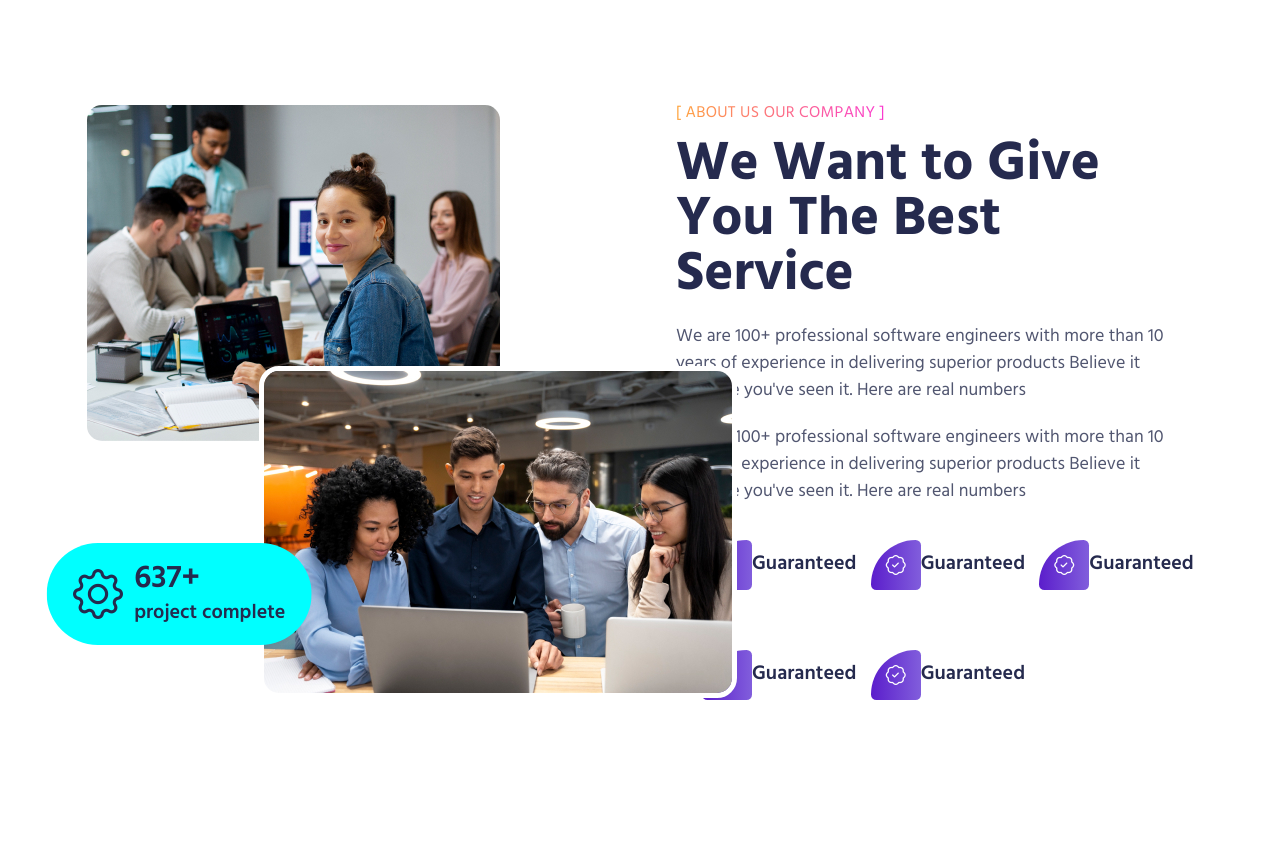
Repository: tagnam/mirehel2.0
Page: about.html
An editor plug-in stored every save of this project. The page is shown before and after the next save, followed by the edit.
The browser window is 1280 px wide. The pictures show the whole page.

Above is the page before, as saved 2025-02-03 12:33:14.

### about.html
<!DOCTYPE html>
<html lang="en">
<head>
    <meta charset="UTF-8">
    <meta name="viewport" content="width=device-width, initial-scale=1.0">
    <title>about</title>
    <link href="https://cdn.jsdelivr.net/npm/bootstrap@5.0.2/dist/css/bootstrap.min.css" rel="stylesheet" integrity="sha384-EVSTQN3/azprG1Anm3QDgpJLIm9Nao0Yz1ztcQTwFspd3yD65VohhpuuCOmLASjC" crossorigin="anonymous">
    <link rel="stylesheet" href="style/css/animation.css">
    <link rel="stylesheet" href="style/css/style.css">
    <link rel="stylesheet" href="style/css/animation.css">
</head>
<body>
<!--======================================== about section ==================================== -->


<section>
    <div class="container">
        <div class="row">
            <div class="col-lg-6">
                <div class="about-left">
                    <figure class="about-img-container">
                        <img class="about-img-001 A-image01" src="images/about-img-1.jpg" alt="">
                        <img class="about-img-001 A-image02" src="images/about-img-2.jpg" alt="">
                    </figure>
                    <div class="project-counter">
                        <div class="project-icon">
                            <i class="bi bi-gear"></i>
                        </div>
                        <div class="project-number">
                            <h2>637+</h2>
                            <p> project complete </p>
                        </div>

                    </div>

                </div>
            </div>
            <div class="col-lg-6">
                <div class="container-fluid " style="margin-bottom: 20px;">


                            <h3 class="sub-heading">[ about us our company ]</h3>
                            <h1 class="title">We Want to Give You  The Best Service</h1>


                            <div class="about-text">
                                <p>We are 100+ professional software engineers with more than 10 years of experience in delivering superior products Believe it because you've seen it. Here are real numbers</p>
                                <p>We are 100+ professional software engineers with more than 10 years of experience in delivering superior products Believe it because you've seen it. Here are real numbers</p>


                        </div>
                    </div>
                    <div class="about-right-container">
                        <ul class="about-list">
                            <li class="about-list-item">
                                <div class="col-lg-2 about-icon"><i class="bi bi-patch-check"></i></div>
                                <div class="col-lg-10">
                                    <div class="about-list-title"> Guaranteed</div>

                                </div>
                            </li>

                            <li class="about-list-item">
                                <div class="col-lg-2 about-icon"><i class="bi bi-patch-check"></i></div>
                                <div class="col-lg-10">
                                    <div class="about-list-title">Guaranteed</div>

                                </div>
                            </li>
                            <li class="about-list-item">
                                <div class="col-lg-2 about-icon"><i class="bi bi-patch-check"></i></div>
                                <div class="col-lg-10">
                                    <div class="about-list-title">Guaranteed</div>

                                </div>
                            </li>
                            <li class="about-list-item">
                                <div class="col-lg-2 about-icon"><i class="bi bi-patch-check"></i></div>
                                <div class="col-lg-10">
                                    <div class="about-list-title">Guaranteed</div>

                                </div>
                            </li>
                            <li class="about-list-item">
                                <div class="col-lg-2 about-icon"><i class="bi bi-patch-check"></i></div>
                                <div class="col-lg-10">
                                    <div class="about-list-title">Guaranteed</div>

                                </div>
                            </li>
                        </ul>
                </div>
                </div>

            </div>
        </div>
    </div>
</section>

<!--======================================== end about section ==================================== -->












    <script src="https://cdn.jsdelivr.net/npm/bootstrap@5.0.2/dist/js/bootstrap.bundle.min.js" integrity="sha384-MrcW6ZMFYlzcLA8Nl+NtUVF0sA7MsXsP1UyJoMp4YLEuNSfAP+JcXn/tWtIaxVXM" crossorigin="anonymous"></script>
    <script src="https://cdn.jsdelivr.net/npm/@popperjs/core@2.9.2/dist/umd/popper.min.js" integrity="sha384-IQsoLXl5PILFhosVNubq5LC7Qb9DXgDA9i+tQ8Zj3iwWAwPtgFTxbJ8NT4GN1R8p" crossorigin="anonymous"></script>
    <script src="https://cdn.jsdelivr.net/npm/bootstrap@5.0.2/dist/js/bootstrap.min.js" integrity="sha384-cVKIPhGWiC2Al4u+LWgxfKTRIcfu0JTxR+EQDz/bgldoEyl4H0zUF0QKbrJ0EcQF" crossorigin="anonymous"></script>
</body>
</html>

### style/css/animation.css

@keyframes boxmove{
    50% {
        transform: translateX(-20%);
    }
}

### style/css/style.css

@import url('https://fonts.googleapis.com/css2?family=Hind:wght@300;400;500;600;700&family=Inter:ital,opsz,wght@0,14..32,100..900;1,14..32,100..900&family=Open+Sans:ital,wght@0,300..800;1,300..800&family=Oswald:wght@200..700&family=Poppins:ital,wght@0,100;0,200;0,300;0,400;0,500;0,600;0,700;0,800;0,900;1,100;1,200;1,300;1,400;1,500;1,600;1,700;1,800;1,900&family=Raleway:ital,wght@0,100..900;1,100..900&family=Roboto:ital,wght@0,100;0,300;0,400;0,500;0,700;0,900;1,100;1,300;1,400;1,500;1,700;1,900&family=Urbanist:ital,wght@0,100..900;1,100..900&display=swap');
@import url("https://cdn.jsdelivr.net/npm/bootstrap-icons@1.11.3/font/bootstrap-icons.min.css");
*{
    margin: 0;
    padding: 0;
    box-sizing: border-box;
}

:root{
    --primary-color: #252A4E;
    --secondary-color: #a249ed;

}

body{
    font-family: "Hind", serif;

    color:#252A4E;
}

section{
    padding: 100px 0;
}

.row-container{
    margin-top: 50px;
}
.banner-section{
    background-image: url(/images/banner-bg.webp);
    background-size: cover;
    background-position: center;
    /* background-attachment: fixed; */
    /* height: 100vh; */
    position: relative;
    margin: 15px;
    padding: 8px;
}
.section-btn{
    height: 100%;
    display: flex
;
    justify-content: flex-end;
    align-items: flex-end;
}

.title{
    font-size: 55px;
    font-weight: 800;
    line-height: 1;
}

.banner-img{
    position: relative;
    bottom: -89px;
}
.banner-content{
    margin-top: 100px;
    padding-right: 100px;
}

.banner-title{
    font-size: 70px;
    font-weight: 800;
    line-height: 1;
}

.banner-text{
    font-size: 20px;
    font-weight: 400;
    line-height: 1.5;
    margin-top: 20px;
    color:#515670;
}

.banner-title span{
    color: var(--secondary-color);
}
.sub-heading{
    position: relative;
    display: inline-block;
    font-size: 16px;
    letter-spacing: 0.32px;
    line-height: 26px;
    font-weight: 400;
    font-family: var(--galada);
    text-transform: uppercase;
    background: linear-gradient(90deg, #FFA835 -3.85%, #FA3DCC 97.3%, #FA3AD0 100%);
    background-clip: text;
    -webkit-background-clip: text;
    -webkit-text-fill-color: transparent;

    margin-bottom: 12px;
}




.banner-icon{
    width: 100%;
    background: linear-gradient(90deg, #9255CE -2.17%, #BE60FF 100%);
    box-shadow: 0px 0px 20px 0px rgba(0, 0, 0, 0.08);
    border-radius: 30px 45px 30px 30px;
    position: relative;
    padding: 20px;
    top: 28px;
    right: -13px;
}

.banner-icon h2{
    font-size: 45px;
    font-weight: 800;
    /* line-height: 1.5; */
    color: #fff;
    /* margin-bottom: 20px; */
    text-align: start;
    margin: unset;
    line-height: 38px;
    padding: 10px;
}

.banner-icon h4{
    font-size: 27px;
    font-weight: 600;
    line-height: 1.5;
    color: #fff;
    /* margin-top: 20px; */
    text-align: start;
    text-transform: uppercase;
}


.marquee-content{
    background: linear-gradient(90deg, #70DBFF 0%, #DD98FF 100%);
    border-radius: 0 0 35px 30px;
    overflow: hidden;
    padding: 23px 45px;
    width: 100%;
    position: absolute;
    left: 9px;
    bottom: -12px;
    display: flex;
    justify-content: space-between;
    align-items: center;
}


/* <!--===================================== about section end ========================================--> */
.about-right-container{
    padding-left: 50px;
}
.about-text p{
    font-size: 18px;
    line-height: 1.5;
    color: #515670;
    margin-top: 20px;
}

.about-img{
    position: relative;
    transform: translate(30px, 30px);
    width: 100%;
}

.about-figure{
    position: relative;
  background-color: aqua;
  padding: 20px;
}


.about-list{

    list-style: none;
    padding: unset;
    display: grid;
    grid-template-columns: repeat(3, 1fr);
    grid-template-rows: repeat(2, 100px);
    gap: 10px; }


.about-list li{
    display: flex;
    align-items: center;
    margin-bottom: 20px;
    justify-content: space-between;
}

.about-icon{

    display: flex;
    justify-content: center;
    align-items: center;
    background-color:var(--secondary-color);
    width: 50px;
    height: 50px;
    background: linear-gradient(90deg, #5A1CCB -2.17%, #815EDC 100%);
    border-radius: 50px 6px 6px 6px;
}

.about-icon .bi{
    font-size: 20px;
    color: #fff;
    display: flex;
    justify-content: center;
    align-items: center;
}


.about-list-title{
    font-size: 20px;
    line-height: 1.16;
    /* margin-bottom: 4px; */
    font-weight: 600;
    mar
}

.about-list-text p{
    font-size: 16px;
    line-height: 1.5;
    color: #515670;
    margin: unset;
}
/* <!--===================================== about section end ========================================--> */




/* <!--===================================== service section start ========================================--> */

.service-index {
    width: 100%;
    display: flex;
    justify-content: center;
    align-items: center;
}

.service-index h2{
    position: relative;
    display: inline-block;

    letter-spacing: 0.32px;
margin: unset;
    font-weight: 600;
    font-family: var(--galada);
    text-transform: uppercase;
    background: linear-gradient(90deg, #FFA835 -3.85%, #FA3DCC 97.3%, #FA3AD0 100%);
    background-clip: text;
    -webkit-background-clip: text;
    -webkit-text-fill-color: transparent;

}

.service-title h3{
    font-size: 40px;
    font-weight: 800;
    line-height: 1;
    color: #252A4E;
    margin-bottom: 20px;
}

.service-row{
    border-bottom: 2px solid red;
    margin-bottom: 30px;
}

.service-icon{
    display: flex;
    justify-content: center;
}

.service-icon .bi{
    font-size: 45px;
    color:red;
    display: flex;
    justify-content: center;
    align-items: center;
}
/* <!--===================================== service section end ========================================--> */




/* <!--===================================== project section start========================================--> */




/* <!--===================================== project section start========================================--> */





/* <!--===================================== testimonial section start========================================--> */


.testimonial-card{
    background: linear-gradient(90deg, #70DBFF 0%, #DD98FF 100%);
    padding: 0px 20px;
    border-radius: 20px;
}


.testimonial-img{
    height: 58px;
    width: 58px;
    background: red;
    border-radius: 64%;
    border: 2px solid;
}

.testimonial-top{
    padding-bottom: 20px;
    border-bottom: 1px solid #fff;

}


.testimonial-bottom h2{
    font-size: 65px;
    font-weight: 600;
    line-height: 1.5;
    color: #fff;
    margin-top: 20px;
    text-align: start;
    text-transform: uppercase;
}

.testimonial-bottom p{
    font-size: 20px;
    line-height: 1.5;
    color: #fff;
    margin: unset;
}

  .testimonial .testimonial-content {
    margin: 10px 10px 0;
    /* background: #efefef; */
    padding: 0px 60px;
    position: relative;
    border: none;
    border-radius: 8px;
    font-style: italic;
    font-size: 25px;
    border: 2px solid;
    border-radius: 20px;
  }

  .testimonial .testimonial-content:before,
  .testimonial .testimonial-content:after {
    content: "\201C";
    position: absolute;
    font-size: 80px;
    line-height: 1;
    color: #757f9a;
    font-style: normal;
  }

  .testimonial .testimonial-content:before {
    top: 0;
    left: 10px;
  }

  .testimonial .testimonial-content:after {
    content: "\201D";
    right: 10px;
    bottom: -0.5em;
  }

.testimonial-start{
    display: flex    ;
        justify-content: left;
        align-items: center;
        margin: 20px 0px;
}

.testimonial-start .bi{
    margin: 0px 5px;
    font-size: 20px;
}
/* <!--===================================== testimonial section start========================================--> */

/* <!--===================================== project section start========================================--> */
.project-img{
    height: 550px;
}

.project-card .project-img {
    transition: 1ms ease-in-out;
}

.project-card:hover .project-img{
    transform: scaleX(1) scaleY(1) scaleZ(0.1) rotateX(15deg) rotateY(0deg) rotateZ(0deg) translateX(0px) translateY(0px) translateZ(0px) skewX(0deg) skewY(0deg);
}

.project-content{
    margin-top: -100px;
    z-index: 1;
}
/* <!--===================================== project section end========================================--> */



/* <!--===================================== choice section start========================================--> */

.choice-container{
    position: relative;
    padding: 10px;
    background-color: transparent;
height: 400px;
border: 15px solid transparent;
  /* border-image:linear-gradient(180deg, red 0%, #00000000 90.04%); */
  /* border-image:linear-gradient(180deg, #00000000  0%, red 90.04%); */
  border-image-slice: 1;
border-radius: 20px;
background: linear-gradient(white, white) padding-box,
linear-gradient(180deg, red 0%, #00000000 90.04%) border-box;
}

/* <!--===================================== choice section end========================================--> */


















/* ----------------------------new about  */

.about-img-container{
    position: relative;
}
.about-img-001{
    border-radius: 20px;
    border: 5px solid #fff;
}

.A-image01{

}

.A-image02{
    margin-top: -80px;
    margin-left: 177px;
}

.project-counter{
    width: 265px;
    background-color: aqua;
    display: flex;
    justify-content: space-evenly;
    border-radius: 100px 100px 100px 100px;
    align-items: center;
    padding: 17px 15px;
    position: absolute;
    bottom: 75px;
    background-size: cover;
    background-position: center center;
    transition: all .4s ease;
    animation: boxmove 3s infinite linear alternate;

}

.project-counter:hover{
    background-color: #fff;
}

.project-icon .bi{
    display: flex;
    font-size: 50px;
}

.project-number h2{
    margin: unset;
    font-weight: 600;
}

.project-number p{
    margin: unset;
    font-weight: 600;
    font-size: 20px;

}

After the next save:
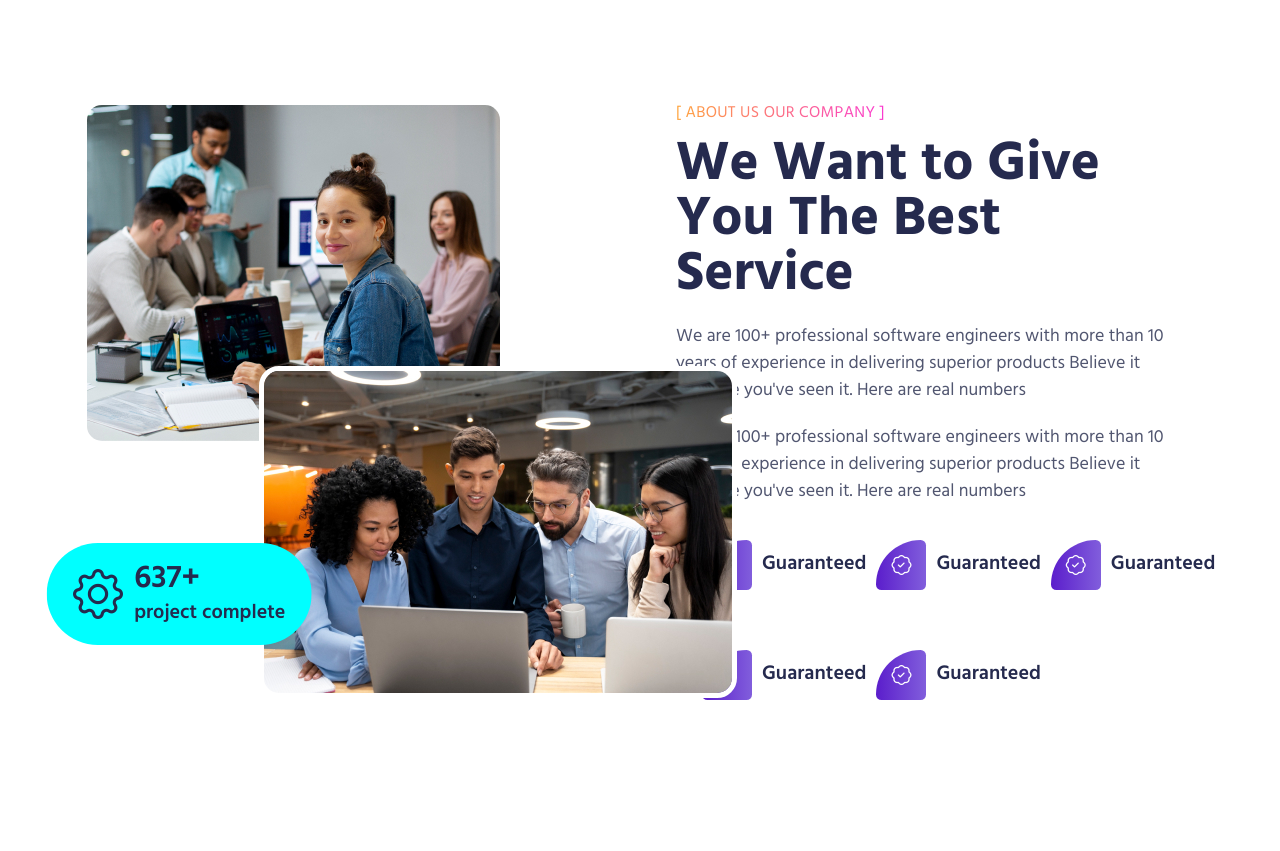
Saved 4 s later.
--- a/style/css/style.css
+++ b/style/css/style.css
@@ -212,7 +212,7 @@ section{
     line-height: 1.16;
     /* margin-bottom: 4px; */
     font-weight: 600;
-    mar
+    margin-left: 10px;
 }
 
 .about-list-text p{
